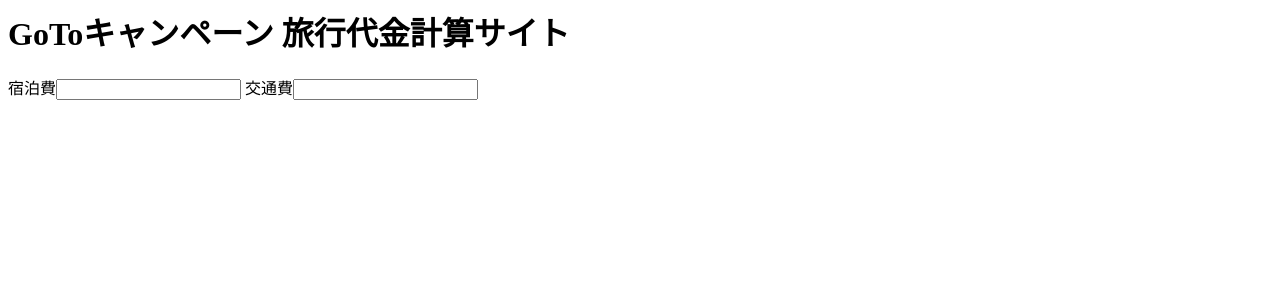
Repository: Ischca/ischca.github.io
Page: src/my-app.html
The author's editor kept a copy of each file at every save. The page is drawn from the files as they stood at one save, then again after the next save.
The browser window is 1280 px wide. The pictures show the whole page.

Above is the page before, as saved 2020-10-02 13:37:03.

After the next save:
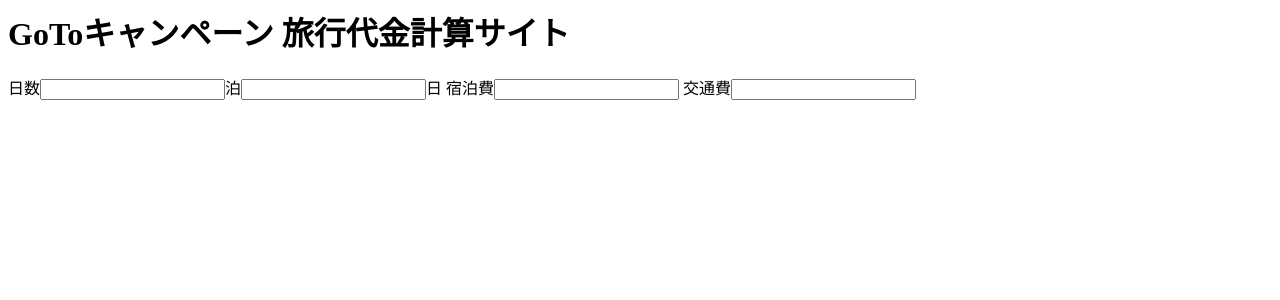
Saved 84 s later.
--- a/src/my-app.html
+++ b/src/my-app.html
@@ -1,4 +1,6 @@
 <h1>GoToキャンペーン 旅行代金計算サイト</h1>
+
+日数<input type="number">泊<input type="number">日
 
 宿泊費<input type="number"/>
 
